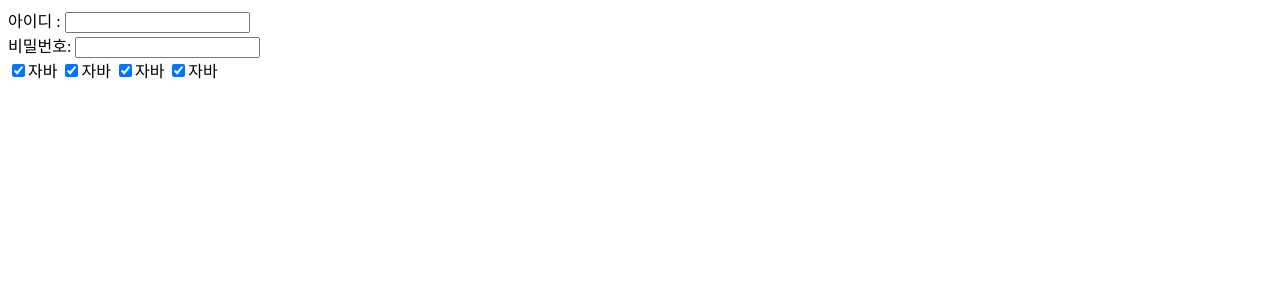
Repository: JaeHyun-Ban/Book_JavaWeb
Page: pro06/WebContent/input.html
The author's editor kept a copy of each file at every save. The page is drawn from the files as they stood at one save, then again after the next save.
The browser window is 1280 px wide. The pictures show the whole page.

Above is the page before, as saved 2020-08-07 07:24:09.

After the next save:
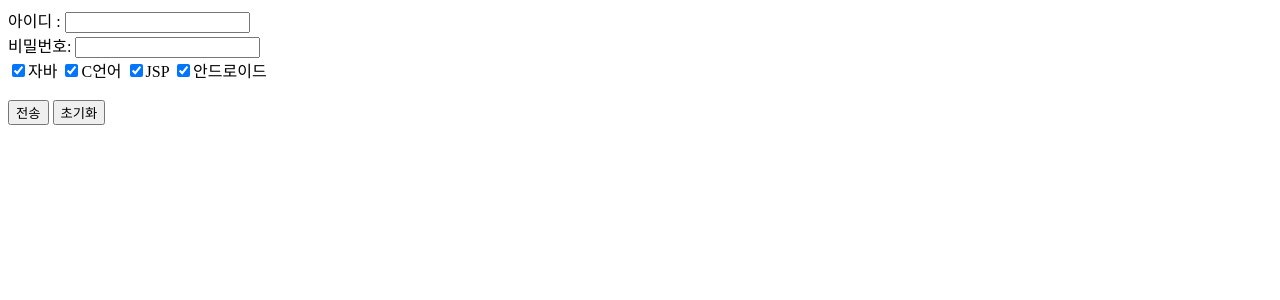
Saved 17 min 35 s later.
--- a/pro06/WebContent/input.html
+++ b/pro06/WebContent/input.html
@@ -9,10 +9,13 @@
 		아이디 : <input type="text" name="user_id"/><br>
 		비밀번호: <input type="password" name="user_pw"/><br>
 		<input type="checkbox" name="subject" value="java" checked>자바
-		<input type="checkbox" name="subject" value="java" checked>자바
-		<input type="checkbox" name="subject" value="java" checked>자바
-		<input type="checkbox" name="subject" value="java" checked>자바
-
+		<input type="checkbox" name="subject" value="C언어" checked>C언어
+		<input type="checkbox" name="subject" value="JSP" checked>JSP
+		<input type="checkbox" name="subject" value="안드로이드" checked>안드로이드
+		<br>
+		<br>
+		<input type="submit" value="전송"/>
+		<input type="reset" value="초기화">
 	</form>
 
 </body>
